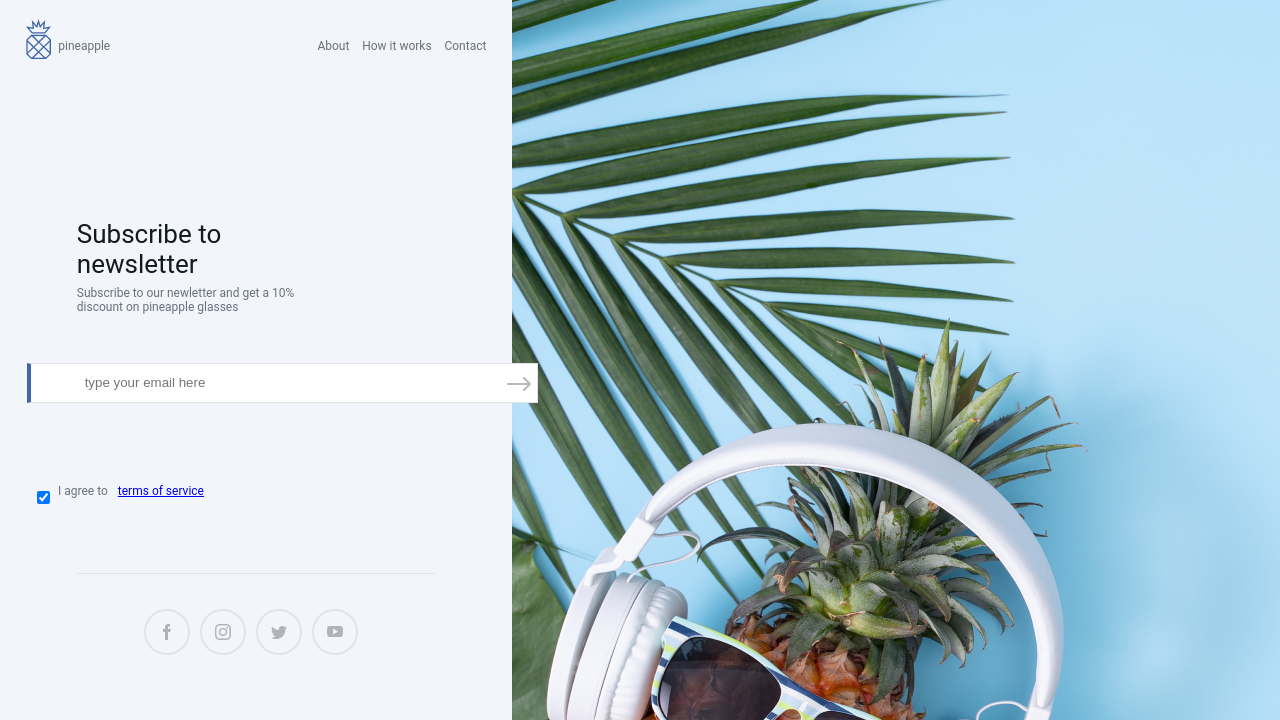
Repository: PaulsBebris/megabit-task
Page: /
The author's editor kept a copy of each file at every save. The page is drawn from the files as they stood at one save, then again after the next save.
The browser window is 1280 px wide. The pictures show the whole page.
The project was rebuilt for these pictures with package versions that can differ from the ones it lists, and the page was loaded fresh each time.

Above is the page before, as saved 2021-04-19 16:40:07.

After the next save:
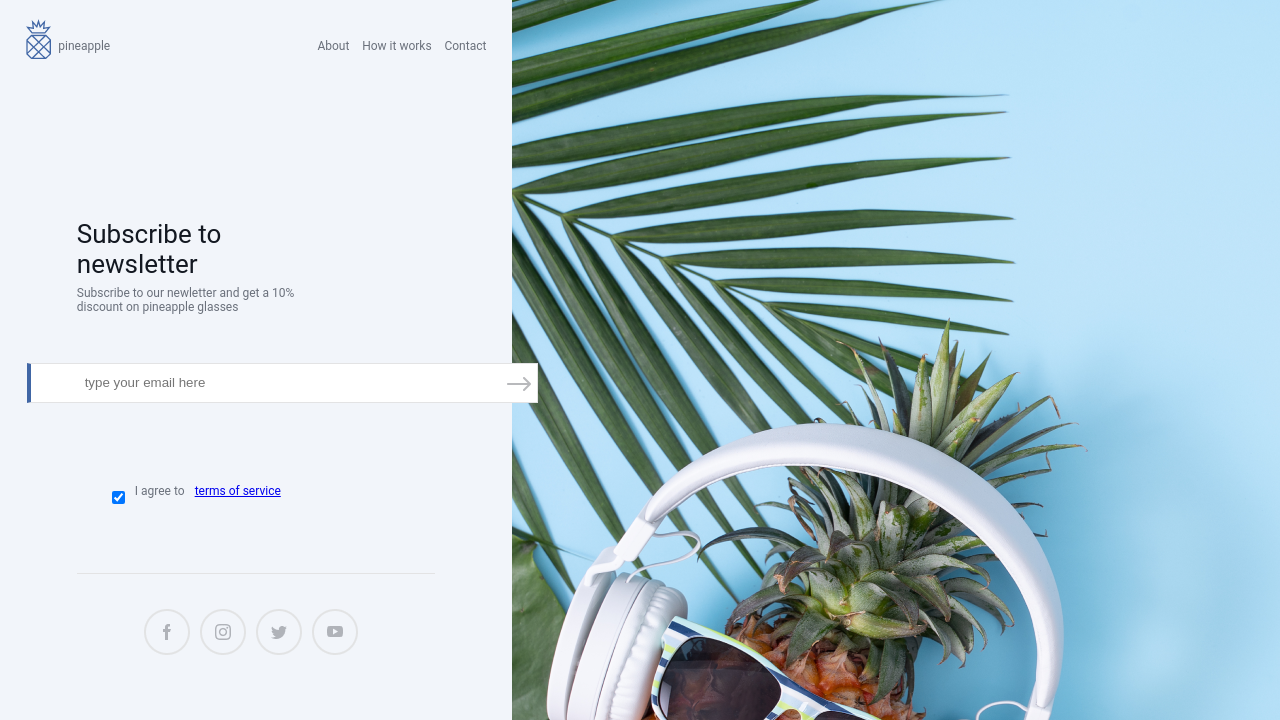
Saved 12 s later.
--- a/src/views/Home.vue
+++ b/src/views/Home.vue
@@ -161,10 +161,10 @@ export default {
 }
 .terms-of-use {
   display: flex;
-}
-.terms-of-use input {
   margin-left: 15%;
 }
+// .terms-of-use input {
+// }
 .checkbox-wrapper {
   display: block;
   position: relative;
